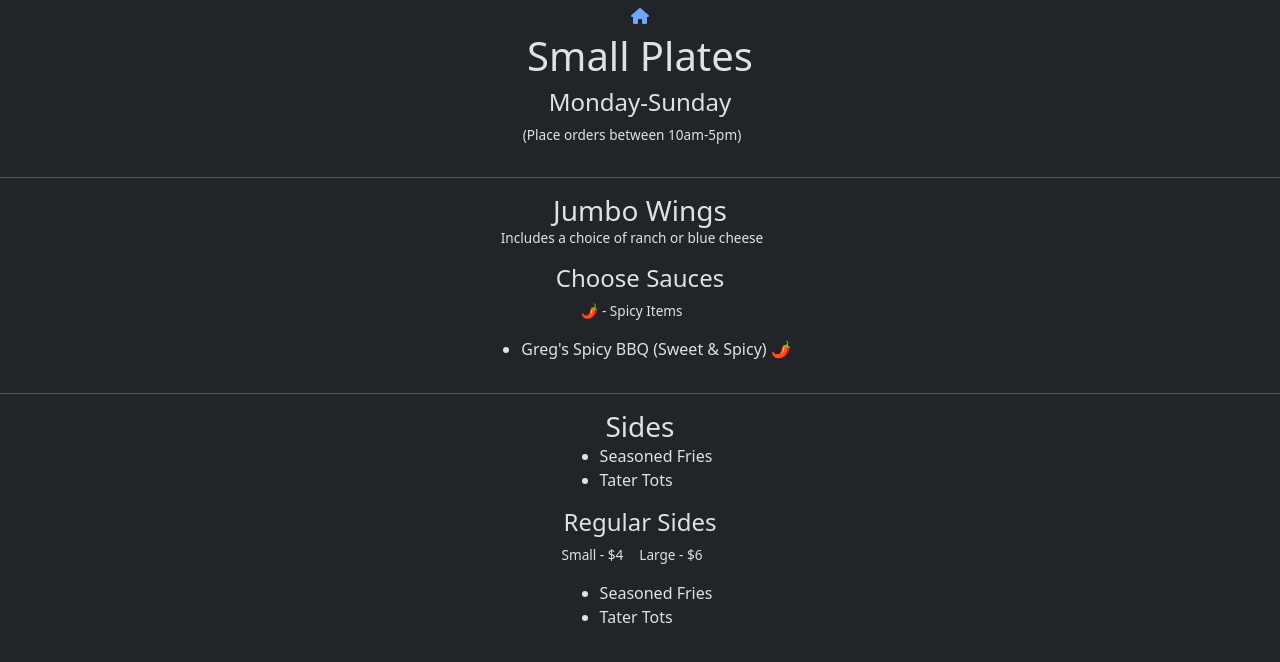
Repository: dukedward/smokehousemenu
Page: plates/index.html
These files come from the project's save history. The page is drawn as it stood at one moment and after the next save; the edit follows.
The browser window is 1280 px wide. The pictures show the whole page.
Some web libraries are served in a nearby version.

Above is the page before, as saved 2023-03-06 13:25:12.

After the next save:
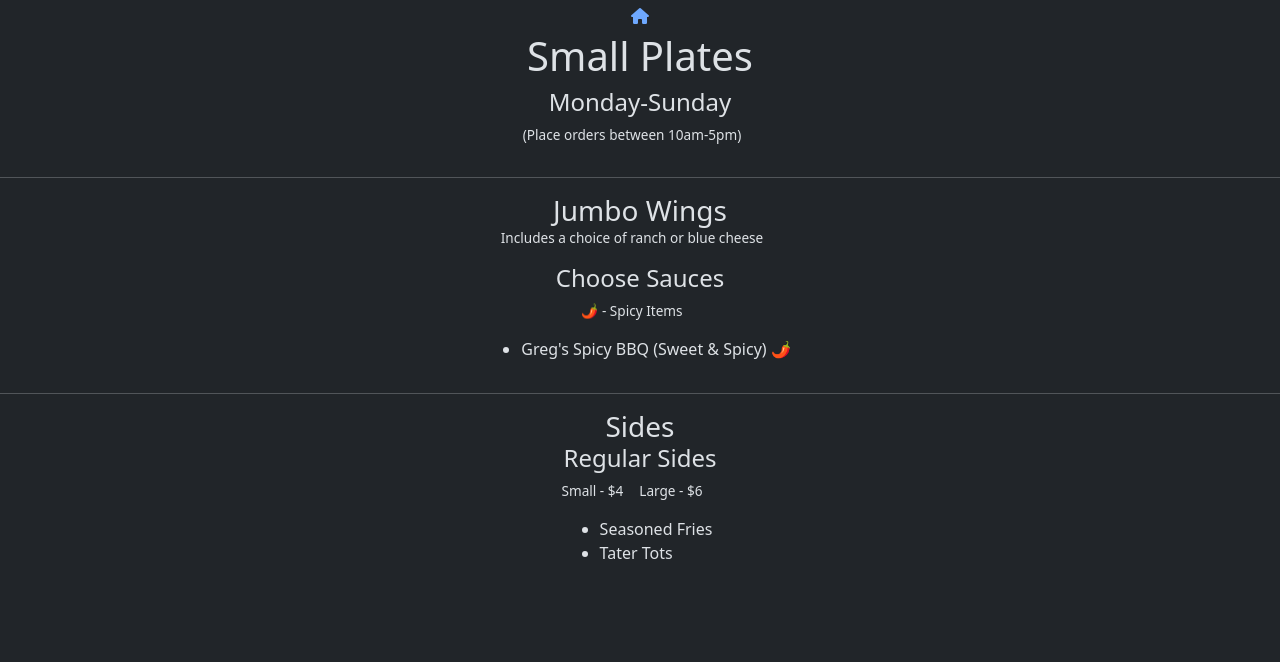
Saved 114 s later.
--- a/script.js
+++ b/script.js
@@ -121,17 +121,17 @@ function addSection() {
                             newSubSectDescText.innerHTML = subCategories[s].description[d].text;
                             newSubSectDesc.appendChild(newSubSectDescText);
 
-                            // Sub Section List
-                            const newSubSectList = document.createElement('ul');
-                            for (p=0; p < products.length; p++) {
-                                prodName = products[p].category.name
-                                if (catName === prodName) {
-                                    const newSubSectListItem = document.createElement('li');
-                                    newSubSectListItem.innerHTML = products[p].name
-                                    newSubSectList.appendChild(newSubSectListItem)
-                                }
+                        }
 
-                            }
+                                                    // Sub Section List
+                                                    const newSubSectList = document.createElement('ul');
+                                                    for (p=0; p < products.length; p++) {
+                                                        prodName = products[p].category.name
+                                                        if (catName === prodName) {
+                                                            const newSubSectListItem = document.createElement('li');
+                                                            newSubSectListItem.innerHTML = products[p].name
+                                                            newSubSectList.appendChild(newSubSectListItem)
+                                                        }
                             // Appending all elements to Sub Section
                             newSubSect.appendChild(newSubSectTitle)
                             newSubSect.appendChild(newSubSectDesc)
